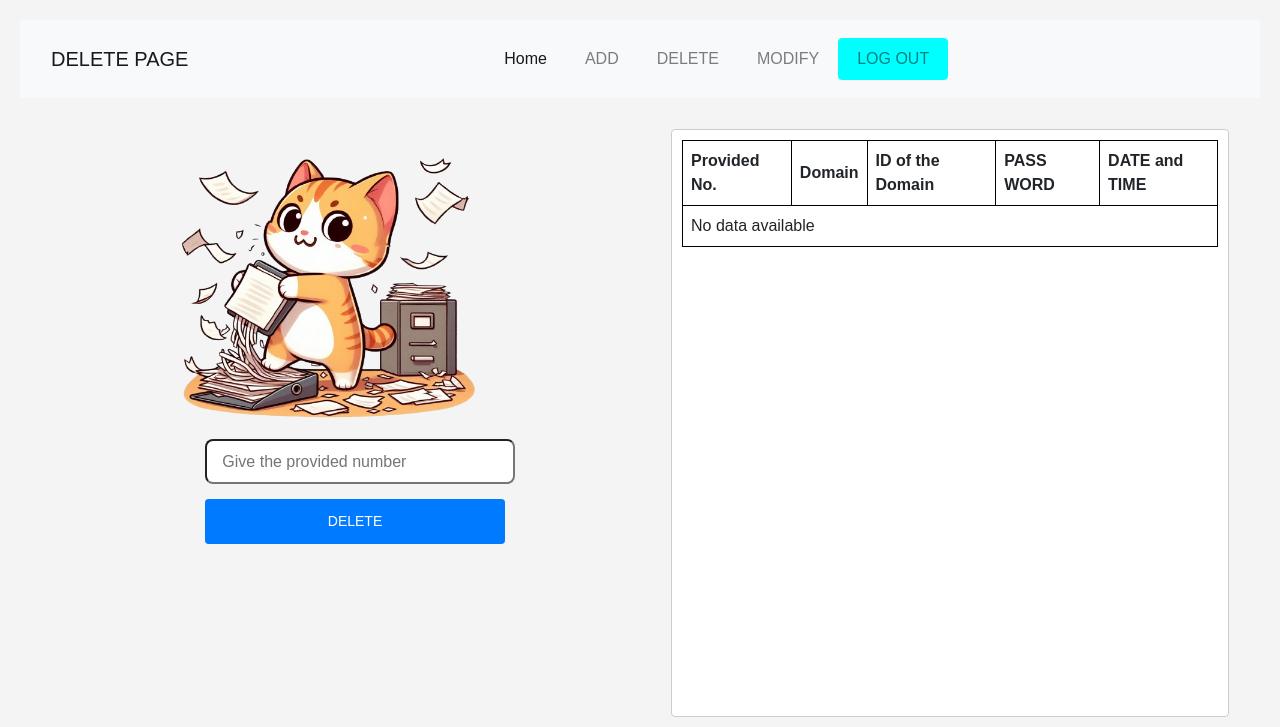
Repository: wizzy-abhishek/Projects
Page: http://localhost/Iam_Doing/Delete.jsp
An editor plug-in stored every save of this project. The page is shown before and after the next save, followed by the edit.
The browser window is 1280 px wide. The pictures show the whole page.
Some web libraries are served in a nearby version. The page is served by Tomcat 10. Nobody is signed in. The application's start-up code is not run. Other server files are loaded and not shown.

Above is the page before, as saved 2024-06-28 22:36:56.

### Iam_Doing/src/main/webapp/Delete.jsp
<%@ page language="java" contentType="text/html; charset=UTF-8"
    pageEncoding="UTF-8"%>
<%@ page import="java.util.List" %>
<%@ page import="com.pojo.RealInfo" %>
<%@ page import="java.util.ArrayList" %>

<!DOCTYPE html>
<html lang="en">
<head>
    <meta charset="UTF-8">
    <meta name="viewport" content="width=device-width, initial-scale=1.0">
    <link href="https://stackpath.bootstrapcdn.com/bootstrap/4.5.2/css/bootstrap.min.css" rel="stylesheet">
    <link rel="stylesheet" href="GeneralDegine.css">
    <title>DELETE</title>
    <link href="WEBSITE_LOGO.png" rel="icon" type="image/x-icon">

</head>
<body>
<%response.setHeader("Cache-Control", "no-cache , no-store , must-revalidate");
	response.setHeader("Pragma", "no-cache");
%>
<nav class="navbar navbar-expand-lg navbar-light bg-light w-100">
  <div class="container-fluid">
    <a class="navbar-brand">DELETE PAGE</a>
    <div class="collapse navbar-collapse" id="navbarNav">
      <ul class="navbar-nav mx-auto">
        <li class="nav-item">
          <form action="LoggedIn" method="post">
            <button type="submit" class="btn nav-link active" aria-current="page">Home</button>
          </form>
        </li>
        <li class="nav-item">
          <form action="Add_Details" method="post">
            <button type="submit" class="btn nav-link">ADD</button>
          </form>
        </li>
        <li class="nav-item">
          <form action="Deleted" method="post">
            <button type="submit" class="btn nav-link">DELETE</button>
          </form>
        </li>
        <li class="nav-item">
          <form action="Modifying" method="post">
            <button type="submit" class="btn nav-link">MODIFY</button>
          </form>
        </li>
        <li class="nav-item">
          <form action="Logout" method="post">
            <button type="submit" class="btn nav-link logout-btn">LOG OUT</button>
          </form>
        </li>
      </ul>
    </div>
  </div>
</nav>

<div class="left-column">
    <div class="header text-center">
    <img src="Delete.png" alt="Website Logo" height="300" width="300" >
    </div>


    <form action="Deleted" method="post">
        <div class="form-group">
            <input type="text" name="Provided_number" placeholder=" &nbsp Give the provided number " required style="width: 310px; height: 45px; margin: 10px auto;">
        </div>
        <div class="form-group">
            <button type="submit" class="btn btn-primary btn-sm"  style="width: 300px; height: 45px; margin: 0 auto;">DELETE</button>
        </div>
    </form>
</div>
<hr>

<div class="right-column">
    <div class="scrollable-table">
        <table>
            <thead>
                <tr>
                    <th>Provided No.</th>
                    <th>Domain</th>
                    <th>ID of the Domain</th>
                    <th>PASS WORD</th>
                    <th>DATE and TIME</th>
                </tr>
            </thead>
            <tbody id="table-body">
                <%
                    List<RealInfo> realInfoList = (List<RealInfo>) session.getAttribute("realInfoList");
                    if (realInfoList != null) {
                        int providedNo = 1;
                        for (RealInfo info : realInfoList) {
                            %>
                            <tr>
                                <td><%= info.getId() %></td>
                                <td><%= info.getDomain() %></td>
                                <td><%= info.getUserID() %></td>
                                <td><%= info.getPassword() %></td>
                                <td><%= info.getAddDate() %></td>
                            </tr>
                            <%
                        }
                    } else {
                        %>
                        <tr>
                            <td colspan="5">No data available</td>
                        </tr>
                        <%
                    }
                %>
            </tbody>
        </table>
    </div>
</div>

<script src="https://code.jquery.com/jquery-3.5.1.slim.min.js"></script>
<script src="https://cdn.jsdelivr.net/npm/@popperjs/core@2.5.4/dist/umd/popper.min.js"></script>
<script src="https://stackpath.bootstrapcdn.com/bootstrap/4.5.2/js/bootstrap.min.js"></script>
</body>
</html>

### Iam_Doing/src/main/webapp/GeneralDegine.css
@charset "UTF-8";
 body {
            font-family: 'Arial', sans-serif;
            margin: 0;
            padding: 20px;
            display: flex;
            justify-content: center;
            align-items: flex-start;
            flex-wrap: wrap;
            height: 100vh;
            background-color: #f4f4f4;
        }

        .left-column, .right-column {
            width: 45%;
            margin: 2.5%;
        }

        .scrollable-table {
            overflow-y: auto;
            height: calc(90vh - 60px);
            border: 1px solid #ccc;
            border-radius: 4px;
            padding: 10px;
            background-color: #fff;
            margin-bottom: 10px;
        }

        table {
            width: 100%;
            border-collapse: collapse;
        }

        table, th, td {
            border: 1px solid black;
        }

        th, td {
            padding: 8px;
            text-align: left;
        }

        form input, form button {
            display: block;
            width: 100%;
            margin-bottom: 10px;
            border-radius: 8px;
            margin-down: 10px;
            margin-right: 20px;
            margin-top: 10px;
        }

        .form-group {
            width: 250px;
            height: 60px;
            margin: 0 auto;
        }

        .header text-center {
            width: 300px;
            height: 300px;
            margin: 15px auto;
            background-color: #ddd;
            border: 1px solid #ccc;
            display: flex;
            justify-content: center;
            align-items: center;
            font-size: 14px;
            color: #777;
        }

        .logout-btn {
            background-color: cyan !important;
            border-color: cyan !important;
        }

        @media (max-width: 768px) {
            .left-column, .right-column {
                width: 100%;
                order: 1;
            }

            .scrollable-table {
                height: auto;
            }
        }

After the next save:
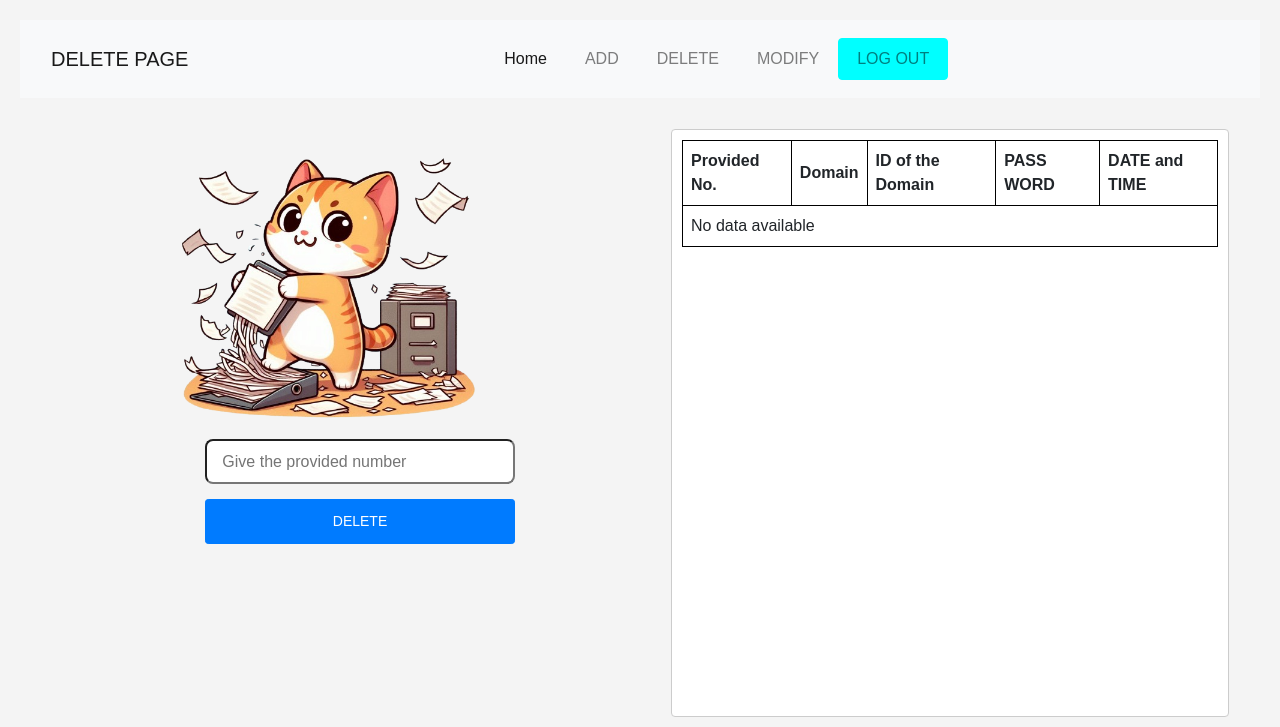
Saved 15 s later.
--- a/Iam_Doing/src/main/webapp/Delete.jsp
+++ b/Iam_Doing/src/main/webapp/Delete.jsp
@@ -65,7 +65,7 @@
             <input type="text" name="Provided_number" placeholder=" &nbsp Give the provided number " required style="width: 310px; height: 45px; margin: 10px auto;">
         </div>
         <div class="form-group">
-            <button type="submit" class="btn btn-primary btn-sm"  style="width: 300px; height: 45px; margin: 0 auto;">DELETE</button>
+            <button type="submit" class="btn btn-primary btn-sm"  style="width: 310px; height: 45px; margin: 0 auto;">DELETE</button>
         </div>
     </form>
 </div>
